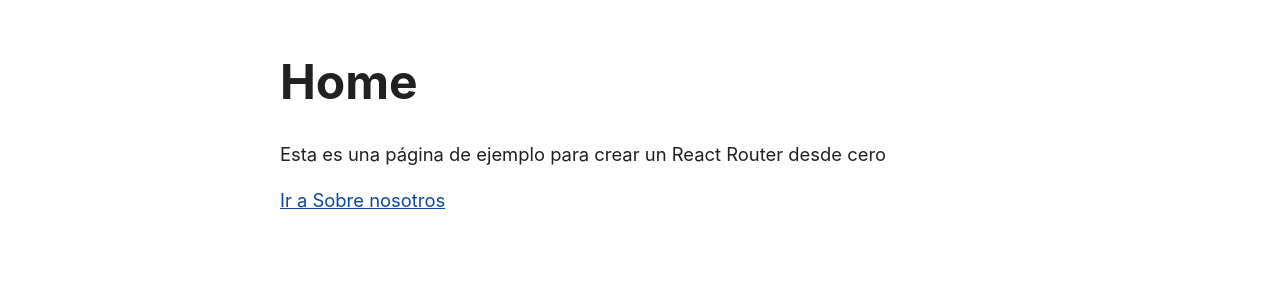
Repository: drsamame/router-package
Page: /
An editor plug-in stored every save of this project. The page is shown before and after the next save, followed by the edit.
The browser window is 1280 px wide. The pictures show the whole page.
The project was rebuilt for these pictures with package versions that can differ from the ones it lists, and the page was loaded fresh each time. Also part of the build but not shown: vite.config.js, src/pages/About.jsx, src/pages/404.jsx.

Above is the page before, as saved 2024-02-13 12:05:45.

### src/App.jsx
import HomePage from './pages/Home.jsx'
import AboutPage from './pages/About.jsx'
import Page404 from './pages/404.jsx'
import { Router } from './components/Router.jsx'
import { Route } from './components/Route.jsx'

function App() {
  const appRoutes = [
    { path: '/', Component: HomePage },
    { path: '/about', Component: AboutPage },
    {
      path: '/search/:query',
      Component: ({ routeParams }) => <h1>Buscador: {routeParams.query}</h1>
    }
  ]
  return (
    <main>
      <Router routes={appRoutes} defaultComponent={Page404}>
        <Route path='/' Component={HomePage} />
        <Route path='/about' Component={AboutPage} />
      </Router>
    </main>
  )
}

export default App

### src/pages/Home.jsx
import { Link } from '../components/Link'
export default function HomePage() {
  return (
    <>
      <h1>Home</h1>
      <p>Esta es una página de ejemplo para crear un React Router desde cero</p>
      <Link to='/about'>Ir a Sobre nosotros</Link>
    </>
  )
}

### src/components/Router.jsx
import { useState, useEffect, Children } from 'react'
import { EVENTS } from '../assets/consts'
import { match } from 'path-to-regexp'

export function Router({
  children,
  routes,
  defaultComponent: DefaultComponent = () => null
}) {
  const [currentPath, setCurrentPath] = useState(window.location.pathname)
  useEffect(() => {
    const onLocationChange = () => {
      setCurrentPath(window.location.pathname)
    }
    window.addEventListener(EVENTS.PUSHTATE, onLocationChange)
    window.addEventListener(EVENTS.POPSTATE, onLocationChange)

    return () => {
      window.removeEventListener(EVENTS.PUSHTATE, onLocationChange)
      window.removeEventListener(EVENTS.POPSTATE, onLocationChange)
    }
  }, [])

  let routeParams = {}

  const routesFromChildren = Children.map((children) => {
    const { props, type } = children
    const { name } = type
    console.log(children)
    const isRoute = name === 'Route'
    return isRoute ? props : null
  })
  console.log(routesFromChildren)

  const Page = routes.find(({ path }) => {
    if (path === currentPath) return true
    const matcherUrl = match(path, { decode: decodeURIComponent })
    const matched = matcherUrl(currentPath)
    if (!matched) return false
    routeParams = matched.params
    return true
  })?.Component

  return Page ? (
    <Page routeParams={routeParams} />
  ) : (
    <DefaultComponent routeParams={routeParams} />
  )
}

### src/components/Route.jsx
export function Route({ path, Component }) {
  return null
}

### src/components/Link.jsx
import { EVENTS, BUTTONS } from '../assets/consts'
function navigate(href) {
  window.history.pushState({}, {}, href)
  const navigationEvent = new Event(EVENTS.PUSHTATE)
  window.dispatchEvent(navigationEvent)
}
export function Link({ target, to, ...props }) {
  const handleClick = (event) => {
    const isMainEvent = event.button === BUTTONS.primary
    const isModifiedEvent =
      event.metaKey || event.altKey || event.ctrlKey || event.shiftKey
    const isManageableEvent = target === undefined || target === '_self'

    if (isMainEvent && isManageableEvent && !isModifiedEvent) {
      event.preventDefault()
      navigate(to)
    }
  }

  return (
    <>
      <a href={to} target={target} {...props} onClick={handleClick}>
        Ir a Sobre nosotros
      </a>
    </>
  )
}

### src/assets/consts.js
export const EVENTS = {
  PUSHTATE: 'pushstate',
  POPSTATE: 'popstate'
}

export const BUTTONS = {
  primary: 0
}

Loaded but not shown: index.html (common file); src/main.jsx (common file); src/index.css (library)

After the next save:
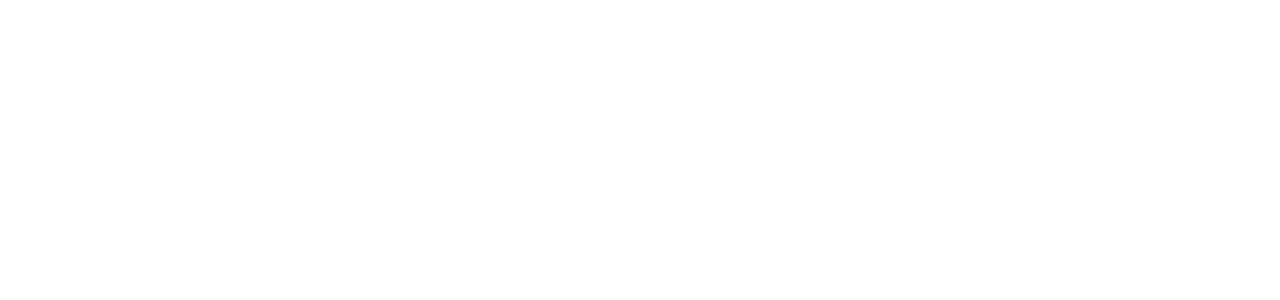
Console error: TypeError: Cannot destructure property 'name' of 'type' as it is undefined.
Saved 92 s later.
--- a/src/components/Router.jsx
+++ b/src/components/Router.jsx
@@ -23,7 +23,7 @@
 
   let routeParams = {}
 
-  const routesFromChildren = Children.map((children) => {
+  const routesFromChildren = Children.map(children, () => {
     const { props, type } = children
     const { name } = type
     console.log(children)

After the 2 saves that followed:
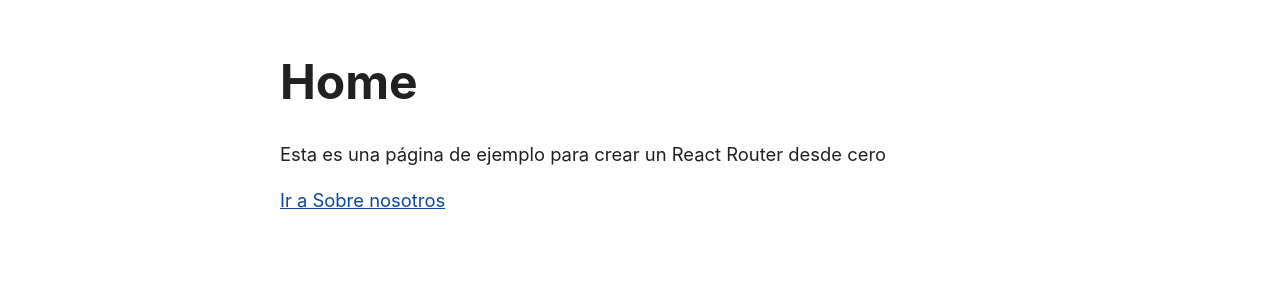
The error is gone.
The 2 saves are shown as one change because 1 did not build or start.
The last was saved 38 s later.
--- a/src/components/Router.jsx
+++ b/src/components/Router.jsx
@@ -23,8 +23,7 @@
 
   let routeParams = {}
 
-  const routesFromChildren = Children.map(children, () => {
-    const { props, type } = children
+  const routesFromChildren = Children.map(children, ({ props, type }) => {
     const { name } = type
     console.log(children)
     const isRoute = name === 'Route'
